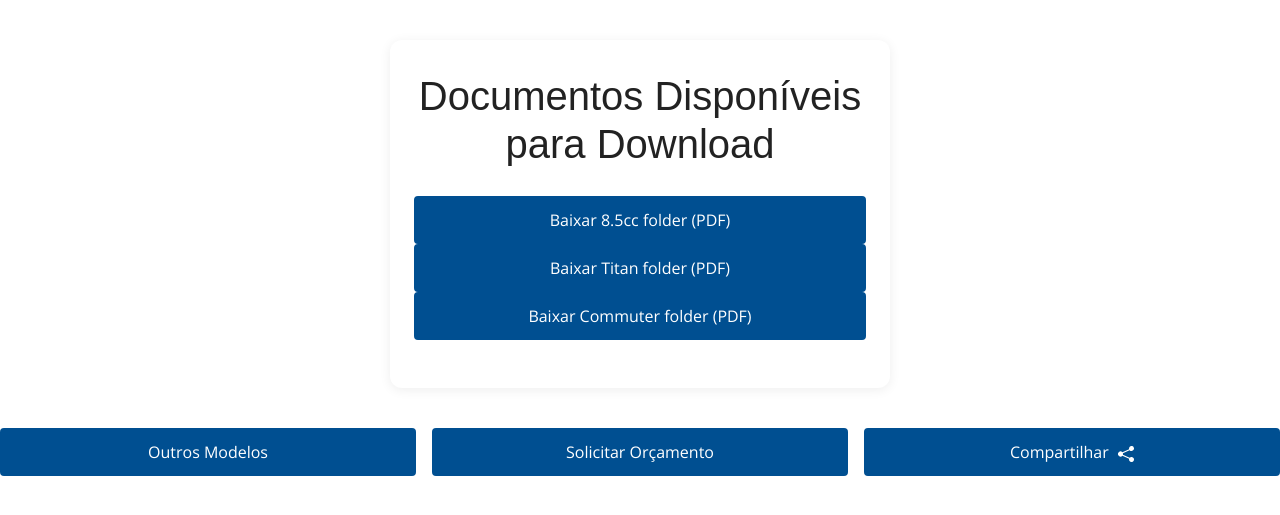
Repository: JamesOliveira1/Project-MastroWebSite
Page: assets/contents/documents.html
An editor plug-in stored every save of this project. The page is shown before and after the next save, followed by the edit.
The browser window is 1280 px wide. The pictures show the whole page.
Some web fonts or font styles are not loaded; a fallback is used.

Above is the page before, as saved 2025-06-30 13:26:19.

### assets/contents/documents.html
<!DOCTYPE html>
<html lang="pt-BR">
<head>
    <meta charset="UTF-8">
    <title>Documentos para Download</title>
      <!-- Google Fonts -->
  <link href="https://fonts.googleapis.com/css?family=Open+Sans:300,300i,400,400i,600,600i,700,700i|Raleway:300,300i,400,400i,500,500i,600,600i,700,700i|Poppins:300,300i,400,400i,500,500i,600,600i,700,700i"
    rel="stylesheet">

  <!-- Vendor CSS Files -->
  <link href="../assets/vendor/aos/aos.css" rel="stylesheet">
  <link href="../assets/vendor/bootstrap/css/bootstrap.min.css" rel="stylesheet">
  <link href="../assets/vendor/bootstrap-icons/bootstrap-icons.css" rel="stylesheet">
  <link href="../assets/vendor/boxicons/css/boxicons.min.css" rel="stylesheet">
  <link href="../assets/vendor/glightbox/css/glightbox.min.css" rel="stylesheet">
  <link href="../assets/vendor/remixicon/remixicon.css" rel="stylesheet">
  <link href="../assets/vendor/swiper/swiper-bundle.min.css" rel="stylesheet">

   <!-- Template Main CSS File -->
  <link href="../assets/css/style.css" rel="stylesheet">
    <style>
        /* Estilo adicional para destacar a lista de documentos */
        .documents-container {
            max-width: 500px;
            margin: 40px auto;
            padding: 32px 24px;
            background: #fff;
            border-radius: 12px;
            box-shadow: 0 2px 12px rgba(0,0,0,0.07);
        }
        .documents-container h1 {
            text-align: center;
            margin-bottom: 28px;
            color: #222;
        }
        .documents-list {
            list-style: none;
            padding: 0;
        }
    </style>
</head>
<body>
    <div class="documents-container">
        <h1>Documentos Disponíveis para Download</h1>
        <ul class="documents-list">
            <li>
                <a href="./85cc.pdf" download class="btn btn-primary btn-large botaoorçarmento nav-link scrollto" role="button">
                    Baixar 8.5cc folder (PDF)
                </a>
            </li>
            <li>
                <a href="./titancc.pdf" download class="btn btn-primary btn-large botaoorçarmento nav-link scrollto" role="button">
                    Baixar Titan folder (PDF)
                </a>
            </li>
            <li>
                <a href="./commuter.pdf" download class="btn btn-primary btn-large botaoorçarmento nav-link scrollto" role="button">
                    Baixar Commuter folder (PDF)
                </a>
            </li>
        </ul>
    </div>

      <div class="gap-3">
              <button class="btn btn-primary btn-large botaoorçarmento" type="button"><a class="nav-link scrollto" href="../index.html#portfolio">Outros Modelos</a></button>
              <button class="btn btn-primary btn-large botaoorçarmento" type="button"><a class="nav-link" href="../orcamento.html">Solicitar Orçamento</a></button>
              <button id="sharecommuter" class="btn btn-primary btn-large botaoorçarmento botaocompartilhar" type="button">Compartilhar <svg xmlns="http://www.w3.org/2000/svg" width="16" height="16" fill="currentColor" class="bi bi-share-fill" viewBox="0 0 16 16">
                <path d="M11 2.5a2.5 2.5 0 1 1 .603 1.628l-6.718 3.12a2.5 2.5 0 0 1 0 1.504l6.718 3.12a2.5 2.5 0 1 1-.488.876l-6.718-3.12a2.5 2.5 0 1 1 0-3.256l6.718-3.12A2.5 2.5 0 0 1 11 2.5"/>
              </svg></button>
            </div>
</body>
</html>

Loaded but not shown: assets/vendor/aos/aos.css (library); assets/vendor/bootstrap/css/bootstrap.min.css (library); assets/vendor/bootstrap-icons/bootstrap-icons.css (library); assets/vendor/boxicons/css/boxicons.min.css (library); assets/vendor/glightbox/css/glightbox.min.css (library); assets/vendor/remixicon/remixicon.css (library); assets/vendor/swiper/swiper-bundle.min.css (library); assets/css/style.css (4288 lines, source omitted)

After the next save:
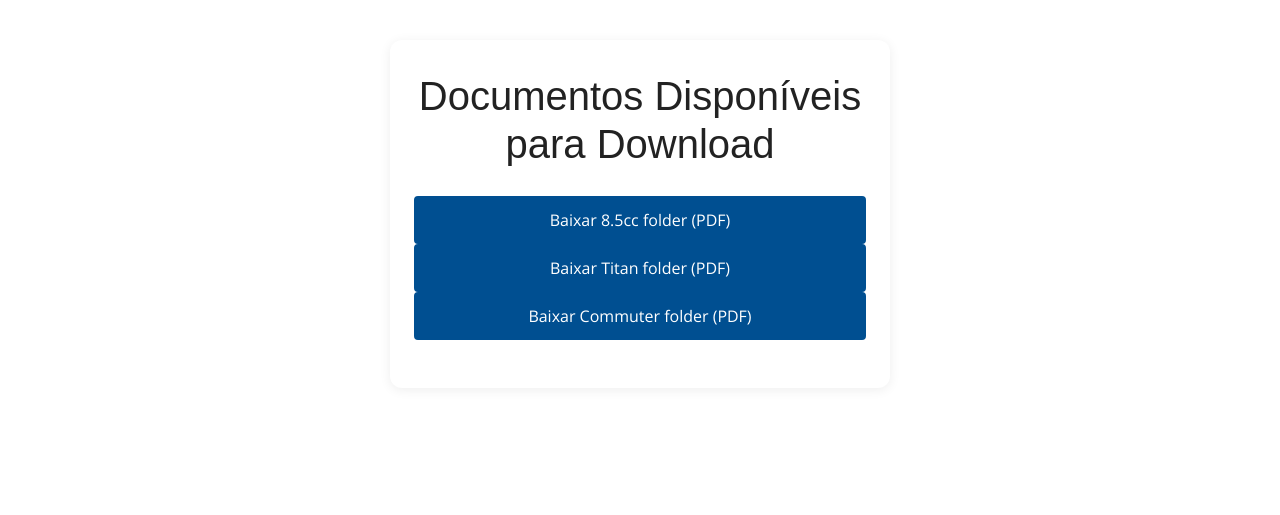
Saved 61 s later.
--- a/assets/contents/documents.html
+++ b/assets/contents/documents.html
@@ -18,6 +18,8 @@
 
    <!-- Template Main CSS File -->
   <link href="../assets/css/style.css" rel="stylesheet">
+
+
     <style>
         /* Estilo adicional para destacar a lista de documentos */
         .documents-container {
@@ -61,12 +63,5 @@
         </ul>
     </div>
 
-      <div class="gap-3">
-              <button class="btn btn-primary btn-large botaoorçarmento" type="button"><a class="nav-link scrollto" href="../index.html#portfolio">Outros Modelos</a></button>
-              <button class="btn btn-primary btn-large botaoorçarmento" type="button"><a class="nav-link" href="../orcamento.html">Solicitar Orçamento</a></button>
-              <button id="sharecommuter" class="btn btn-primary btn-large botaoorçarmento botaocompartilhar" type="button">Compartilhar <svg xmlns="http://www.w3.org/2000/svg" width="16" height="16" fill="currentColor" class="bi bi-share-fill" viewBox="0 0 16 16">
-                <path d="M11 2.5a2.5 2.5 0 1 1 .603 1.628l-6.718 3.12a2.5 2.5 0 0 1 0 1.504l6.718 3.12a2.5 2.5 0 1 1-.488.876l-6.718-3.12a2.5 2.5 0 1 1 0-3.256l6.718-3.12A2.5 2.5 0 0 1 11 2.5"/>
-              </svg></button>
-            </div>
 </body>
 </html>
